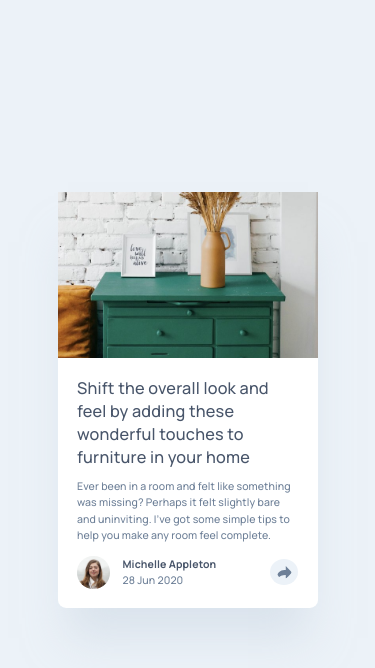
Repository: brandontaylor1/article-preview-component
Page: index.html
These files come from the project's save history. The page is drawn as it stood at one moment and after the next save; the edit follows.
The browser window is 375 px wide. The pictures show the whole page.

Above is the page before, as saved 2025-01-13 22:35:15.

### index.html
<!DOCTYPE html>
<html lang="en">
<head>
    <meta charset="UTF-8">
    <meta name="viewport" content="width=device-width, initial-scale=1.0">
    <link rel="preconnect" href="https://fonts.googleapis.com">
    <link rel="preconnect" href="https://fonts.gstatic.com" crossorigin>
    <link href="https://fonts.googleapis.com/css2?family=Manrope:wght@200..800&display=swap" rel="stylesheet">
    <link rel="stylesheet" href="styles.css">
    <title>Article Preview Component</title>
</head>
<body>

    <div class="container">
        <main class="component">
            <div class="img-container">

            </div>
            <div class="component-content">
                <h2>Shift the overall look and feel by adding these wonderful touches to furniture in your home</h2>
                <p class="subheading">Ever been in a room and felt like something was missing? Perhaps it felt slightly bare and uninviting. I’ve got some simple tips to help you make any room feel complete.</p>
                    <div class="social-box">
                        <div class="social-info">
                            <img src="./assets/images/avatar-michelle.jpg" alt="Picture of User Michelle">
                            <div class="social-info-text">
                                <p>Michelle Appleton</p>
                                <p>28 Jun 2020</p>
                            </div>
                        </div>
                    <img src="./assets/images/icon-share.svg" class="share-btn" alt="Share Icon">
                </div>
            </div>
        </main>
    </div>

    <script src="index.js"></script>
</body>
</html>

### styles.css
* {
    margin: 0;
    padding: 0;
    box-sizing: border-box;
}

:root {
    /* COLORS */
    --dark-grayish-blue: hsl(217, 19%, 35%);
    --desaturated-dark-blue: hsl(214, 17%, 51%);
    --grayish-blue: hsl(212, 23%, 69%);
    --light-grayish-blue: hsl(210, 46%, 95%);
}

html {
    font-size: 13px;
}

body {
    font-family: 'Nunito', sans-serif;
    background-color: var(--light-grayish-blue);
}

.container {
    height: 100vh;
    display: flex;
    justify-content: center;
    align-items: center;

}

.component {
    width: 45.625rem;
    height: 17.5rem;
    display: flex;
    align-items: center;
    justify-content: space-between;
    border-radius: 0.625rem;
    background: #FFF;
    box-shadow: 0px 40px 40px -10px rgba(201, 213, 225, 0.50);

}

.img-container {
    width: 21.87rem;
    height: 100%;
    display: flex;
    justify-content: center;
    align-items: center;
    background-image: url('./assets/images/drawers.jpg');
    background-size: cover;
    background-position: center;
    background-repeat: no-repeat;
}

.component-content {
    width: 30rem;
    padding: 2rem;
}

.component-content h2 {
    color: #48556A;
    font-family: Manrope;
    font-size: 1.25rem;
    font-style: normal;
    font-weight: 500;
    line-height: 1.75rem; /* 140% */
    letter-spacing: 0.01563rem;
    width: 100%;
}

.component-content p {
    color: #6E8098;
    font-family: Manrope;
    font-size: 0.8125rem;
    font-style: normal;
    font-weight: 500;
    line-height: 1.25rem; /* 153.846% */
    letter-spacing: 0.00763rem;
}

.subheading {
    margin-top: .75rem;
    color: #6E8098;
    font-family: Manrope;
    font-size: 0.8125rem;
    font-style: normal;
    font-weight: 500;
    line-height: 1.25rem; /* 153.846% */
    letter-spacing: 0.00763rem;
}

.social-box {
    display: flex;
    justify-content: space-between;
    align-items: center;
    width: 100%;
    margin-top: 1rem;
}

.social-info {
    display: flex;
    align-items: center;
    justify-content: center;

}

.social-info img {
    width: 2.5rem;
    height: 2.5rem;
    border-radius: 50%;
    margin-right: 1rem;
}

.social-info-text {
    display: flex;
    align-items: flex-start;
    justify-content: center;
    flex-direction: column;
}

.social-info-text p:nth-child(1){
    font-weight: 700;
    color: var(--dark-grayish-blue);

}

.share-btn {
    padding: .5rem;
    background-color: var(--light-grayish-blue);
    border-radius: 50%;
}



/* Media Queries */
@media screen and (max-width: 626px) {
    .component {
        flex-direction: column;
        height: 32rem;
        width: 20rem;
    }

    .img-container {
        width: 100%;
        height: 50%;
    }

    .component-content {
        width: 100%;
        padding: 1.5rem;

    }
}

Loaded but not shown: index.js (no stored copy; drawn as an empty file)

After the next save:
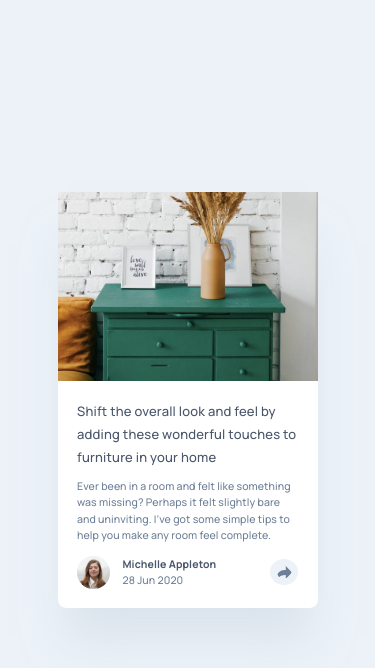
Saved 42 s later.
--- a/styles.css
+++ b/styles.css
@@ -151,4 +151,8 @@ body {
         padding: 1.5rem;
 
     }
+
+    .component-content h2 {
+        font-size: 1rem;
+    }
 }
